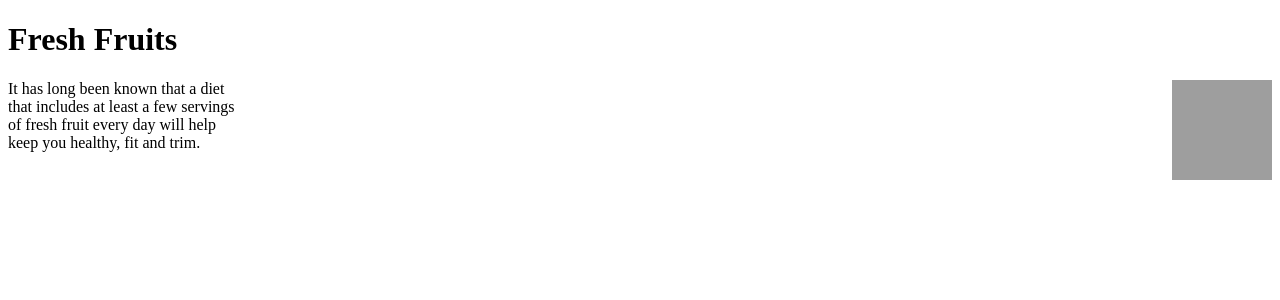
Repository: Helianthusss/Learn-CPP
Page: HTML/lap2/bai1.html
The author's editor kept a copy of each file at every save. The page is drawn from the files as they stood at one save, then again after the next save.
The browser window is 1280 px wide. The pictures show the whole page.
Pictures or frames that could not be fetched are drawn as grey boxes.

Above is the page before, as saved 2021-09-22 09:37:48.

After the next save:
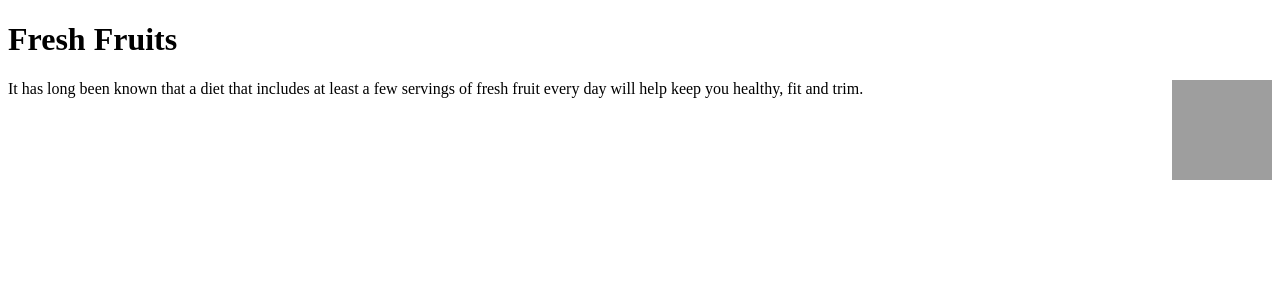
Saved 93 s later.
--- a/HTML/lap2/bai1.html
+++ b/HTML/lap2/bai1.html
@@ -16,10 +16,8 @@
         height="100"
         align="right"
       />
-      It has long been known that a diet<br />
-      that includes at least a few servings<br />
-      of fresh fruit every day will help<br />
-      keep you healthy, fit and trim.
+      It has long been known that a diet that includes at least a few servings
+      of fresh fruit every day will help keep you healthy, fit and trim.
     </p>
   </body>
 </html>

After the save that followed:
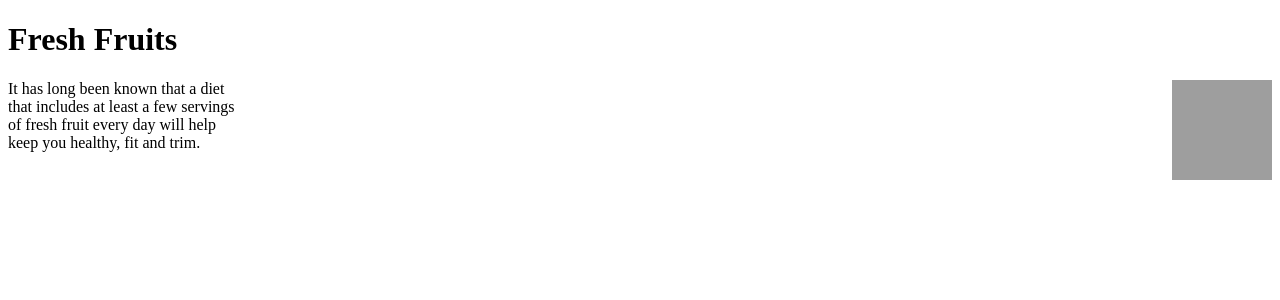
Saved 25 s later.
--- a/HTML/lap2/bai1.html
+++ b/HTML/lap2/bai1.html
@@ -16,8 +16,10 @@
         height="100"
         align="right"
       />
-      It has long been known that a diet that includes at least a few servings
-      of fresh fruit every day will help keep you healthy, fit and trim.
+      It has long been known that a diet<br />
+      that includes at least a few servings<br />
+      of fresh fruit every day will help<br />
+      keep you healthy, fit and trim.
     </p>
   </body>
 </html>
